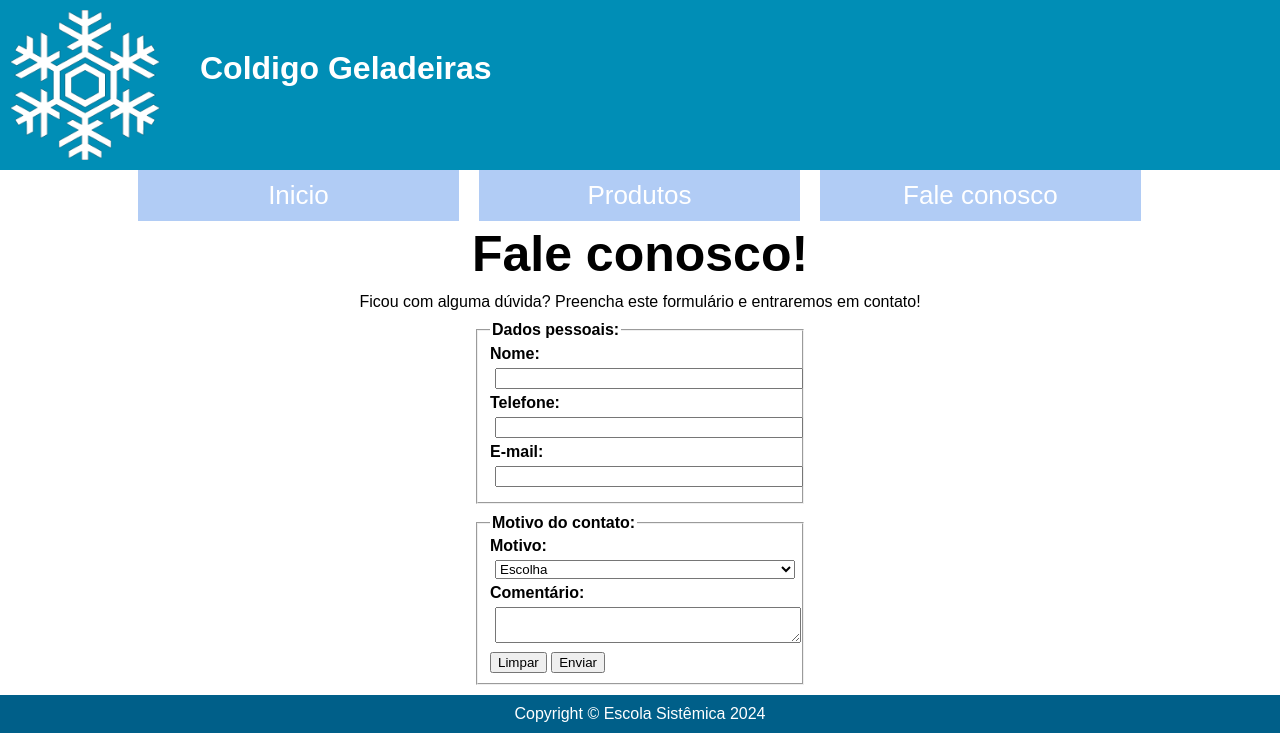
Repository: AndreiLGomes/faculdade
Page: http://localhost/ProjetoTrilhaWeb/pages/site/faleconosco.html
The author's editor kept a copy of each file at every save. The page is drawn from the files as they stood at one save, then again after the next save.
The browser window is 1280 px wide. The pictures show the whole page.
The page is served by Tomcat 9.

Above is the page before, as saved 2024-04-10 23:29:28.

### 2 ano/WorkspaceTrilhaWeb/ProjetoTrilhaWeb/src/main/webapp/pages/site/faleconosco.html
<!DOCTYPE html>
<html lang="pt-br">
<head>
<meta charset="UTF-8">
<meta name="description" content="Site da Coldigo Geladeiras">
<meta name="keywords" content="Geladeiras, Frost-free, refrigeração">
<meta name="author" content="Escola Sistêmica">
<meta name="viewport" content="width=device-width, initial-scale=1.0">
<link rel="stylesheet" type="text/css" href="../../css/site.css">
<title>Coldigo Geladeiras</title>

</head>
<body>
	<header>
		<img alt="logo da Coldigo Geladeiras" src="../../img/logo.png">
		<h1>Coldigo Geladeiras</h1>
	</header>
	<nav>
		<a href="../../index.html"><div class="opcao">Inicio</div> </a> <a
			href="produtos.html">
			<div class="opcao">Produtos</div>
		</a> <a href="faleconosco.html">
			<div class="opcao">Fale conosco</div>
		</a>
	</nav>
	<section>

		<h2>Fale conosco!</h2>
		<p>Ficou com alguma dúvida? Preencha este formulário e entraremos
			em contato!</p>
		<form name="frmfaleconosco" method="post" action="#">

			<fieldset class="faleConosco">
				<legend>Dados pessoais:</legend>
				<label for="nome">Nome: </label> <input type="text" name="txtnome"
					id="nome"> <label for="fone">Telefone: </label> <input
					type="text" name="txtfone" id="fone"> <label for="email">E-mail:</label>
				<input type="email" name="txtemail" id="email">
			</fieldset>

			<fieldset class="faleConosco">

					<legend>Motivo do contato:</legend>
					<label for="motivo">Motivo: </label> <select name="selmotivo"
						id="motivo">
						<option value="">Escolha</option>
						<option value="RE">Reclamação</option>
						<option value="SU">Sugestão</option>
						<option value="PR">Informação sobre produto</option>
					</select> <label for="comentario">Comentário: </label>
					<textarea name="txacomentario" id="comentario"></textarea>
					<button type="reset">Limpar</button>
					<button type="submit">Enviar</button>


			</fieldset>
		</form>


	</section>
	<footer>Copyright &copy; Escola Sistêmica 2024 </footer>


</body>
</html>

### 2 ano/WorkspaceTrilhaWeb/ProjetoTrilhaWeb/src/main/webapp/css/site.css
@charset "UTF-8";

body {
	margin: 0 auto;
	font-family: "Century Gothic", sans-serif;
}

/* cabeçalho */
header {
	height: 170px;
	background-color: #008eb6;
}

header img {
	float: left;
	height: 150px;
	width: 150px;
	margin: 10px;
}

header h1 {
	float: left;
	margin: 50px 0 0 30px;
	color: #ffffff;
}
/*Menu*/
nav {
	clear: both;
	width: 80%;
	margin: 0px auto;
	height: 55px;
}

nav a {
	color: white;
	text-decoration: none;
	text-align: center;
}

nav .opcao {
	float: left;
	width: 31.3%;
	background-color: #b1ccf5;
	padding: 10px 0;
	margin: 0 1%;
	font-size: 26px;
}

nav .opcao:hover {
	background-color: #83afd3;
}

/* Área geral para conteúdos específicos de cada página */
section {
	clear: both;
	min-height: 360px;
	width: 100%;
	margin-top: 0px;
}
/*rodapé */
footer {
	background-color: #005f89;
	color: #fff;
	text-align: center;
	padding: 10px;
	margin-top: 7px;
}

/* Configuracão da página inicial */
section #top {
	width: 900px;
	margin: 0px auto;
	height: 250px;

}


.geladeira{
	height: 250px;
	width: 125px;
}

.direita{
	float: right;
}
.esquerda{
	float: left;
}

section #titulos{
	float: left;
	height: 250px;
	width: 650px;
	margin: 0px auto;
}

h2{
	text-align: center;
	margin-top: 0px;
	margin-bottom: 10px;
	font-size: 50px;
}

h3{
	text-align: center;
	margin-top: 50px;
	font-size: 20px;
}

p{
	clear: both;
	text-align: center;
	margin: 10px 80px;
}
/* Configuração da página de Produtos */

.tabelaProdutos{
	margin: 10px auto;
	text-align: center;
}

.tituloTabela{
	text-align: center;
	font-size: 30px;
	font-weight: bold;
	color: #fff;
	padding: 5px;
	border: transparent;
}

tr, td, th{
	border: 1px solid #B0C4DE;
	padding: 5px;
}
tr, td{
	font-size: 14px;
}

tr:nth-child(even){
	background-color: #B1CCF5;
}
tr:nth-child(odd){
	background-color: #83afd3;
}
.tabelaGeladeira{
	margin: 10px auto; /* botou no centro */
	text-align: center;
}
/*Configuração da página Fale conosco*/

.faleConosco{
	width: 300px;
	margin: 0px auto;
	font-weight: bolder;
	margin-bottom: 10px;
}
.faleConosco input, .faleConosco textarea, .faleConosco select{
	margin: 5px;
	width: 100%;
}

After the next save:
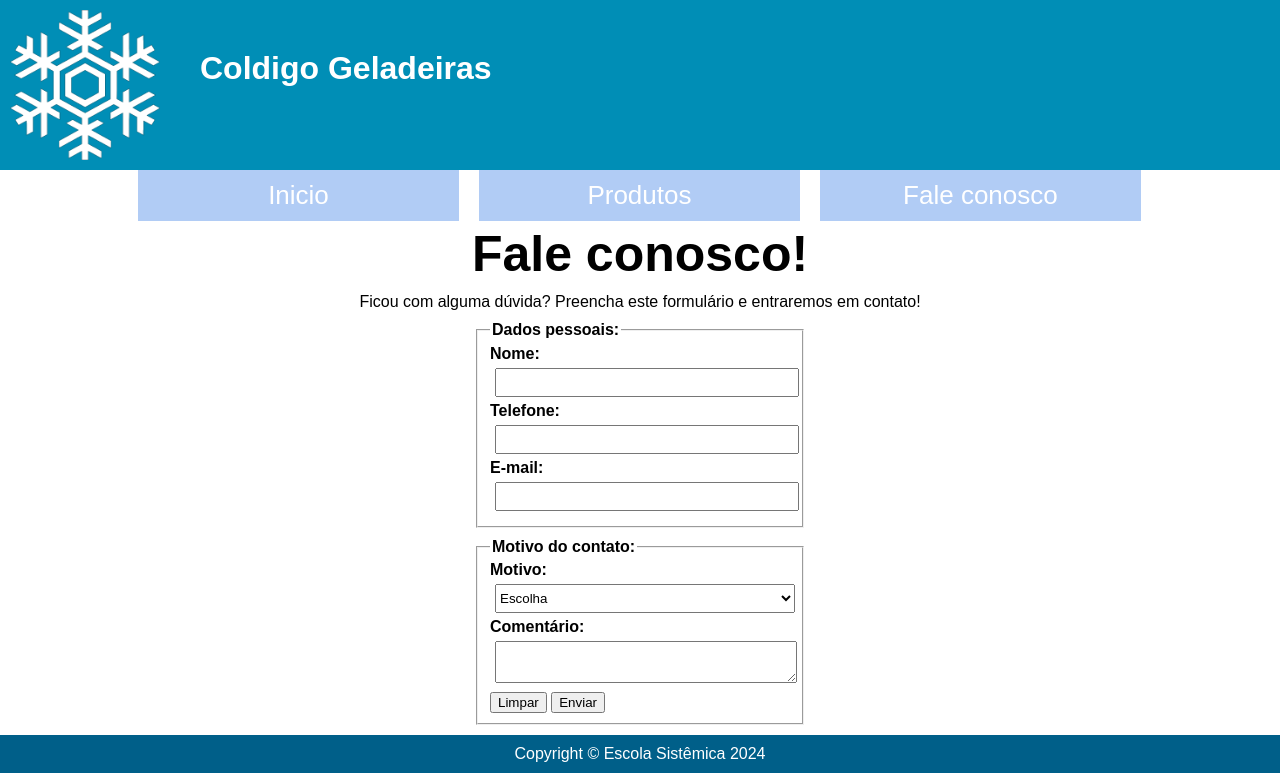
Saved 14 s later.
--- a/2 ano/WorkspaceTrilhaWeb/ProjetoTrilhaWeb/src/main/webapp/css/site.css
+++ b/2 ano/WorkspaceTrilhaWeb/ProjetoTrilhaWeb/src/main/webapp/css/site.css
@@ -157,4 +157,5 @@ tr:nth-child(odd){
 .faleConosco input, .faleConosco textarea, .faleConosco select{
 	margin: 5px;
 	width: 100%;
+	padding: 5px 0;
 }
